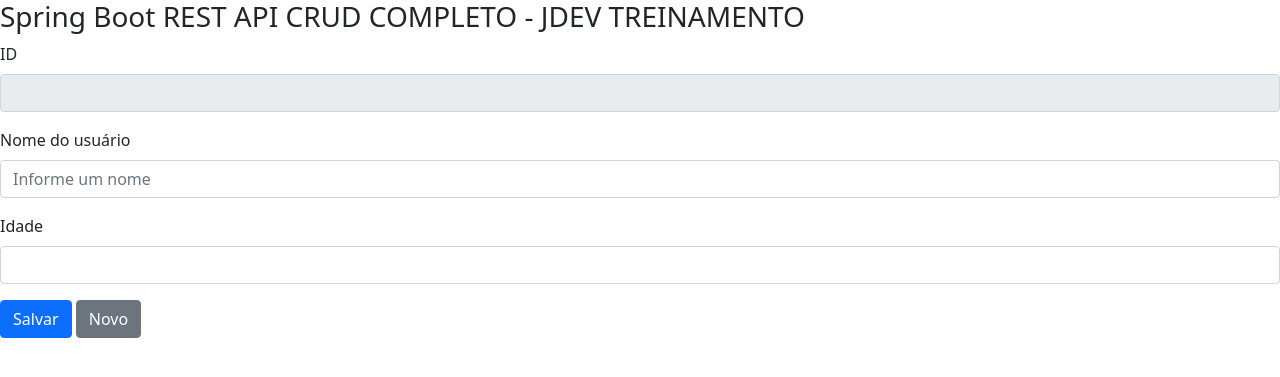
Repository: taian10/uploadCrudJava
Page: eclipse-workspace/springboot-rest-api-sample/src/main/resources/static/index.html
An editor plug-in stored every save of this project. The page is shown before and after the next save, followed by the edit.
The browser window is 1280 px wide. The pictures show the whole page.

Above is the page before, as saved 2022-01-08 20:33:59.

### eclipse-workspace/springboot-rest-api-sample/src/main/resources/static/index.html
<!DOCTYPE html>
<html lang="en">
<head>
<meta charset="ISO-8859-1">
<title>Insert title here</title>

<!-- Bootstrap CSS -->
    <link href="https://cdn.jsdelivr.net/npm/bootstrap@5.1.3/dist/css/bootstrap.min.css" rel="stylesheet" integrity="sha384-1BmE4kWBq78iYhFldvKuhfTAU6auU8tT94WrHftjDbrCEXSU1oBoqyl2QvZ6jIW3" crossorigin="anonymous">

</head>
<body>

<h3> Spring Boot REST API CRUD COMPLETO - JDEV TREINAMENTO</h3>

<form action="" id="formCadastroUser">


<div class="mb-3">
  <label for="id" class="form-label">ID</label>
  <input type="text" class="form-control" id="id" readonly="readonly">
</div>

<div class="mb-3">
  <label for="nome" class="form-label">Nome do usuário</label>
  <input type="text" class="form-control" id="nome" placeholder="Informe um nome" required="required">
</div>

<div class="mb-3">
  <label for="idade" class="form-label"">Idade</label>
  <input type="number" class="form-control" id="idade">
</div>


</form>

<button type="button" class="btn btn-primary" onclick= "salvarUsuario()">Salvar</button>
<button type="button" class="btn btn-secondary" onclick="document.getElementById('formCadastroUser').reset();">Novo</button>


<script src="https://code.jquery.com/jquery-3.6.0.min.js" integrity="sha256-/xUj+3OJU5yExlq6GSYGSHk7tPXikynS7ogEvDej/m4=" crossorigin="anonymous"></script>

<!-- Option 1: Bootstrap Bundle with Popper -->
    <script src="https://cdn.jsdelivr.net/npm/bootstrap@5.1.3/dist/js/bootstrap.bundle.min.js" integrity="sha384-ka7Sk0Gln4gmtz2MlQnikT1wXgYsOg+OMhuP+IlRH9sENBO0LRn5q+8nbTov4+1p" crossorigin="anonymous"></script>

<script type="text/javascript">
	function salvarUsuario(){

		var id = $("#id").val();
		var nome = $("#nome").val();
		var idade = $("#idade").val();

		$.ajax({
			method: "POST",
			url : "salvar",
			data : JSON.stringify({id : id, nome : nome, idade : idade}),
			contentType: "application/json; charset-utf-8",
			success: function (response) {

				$("#id").val(response.id);
				alert("Gravou com sucesso!!")
				}
			}).fail(function (xhr, status, errorThrown)  {
				alert("Erro ao salvar usuário: " + xhr.responseText);
			});

	}

</script>
</body>
</html>

After the next save:
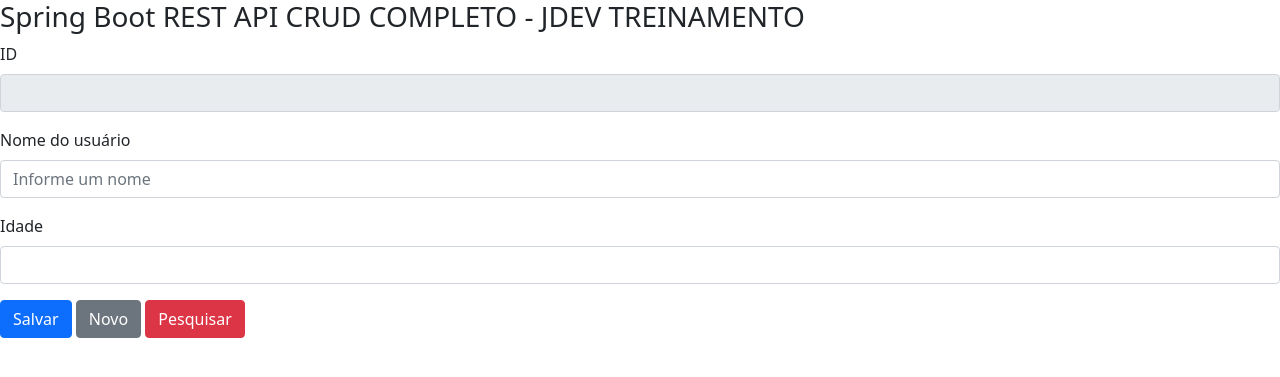
Saved 2 days later.
--- a/eclipse-workspace/springboot-rest-api-sample/src/main/resources/static/index.html
+++ b/eclipse-workspace/springboot-rest-api-sample/src/main/resources/static/index.html
@@ -35,6 +35,7 @@
 
 <button type="button" class="btn btn-primary" onclick= "salvarUsuario()">Salvar</button>
 <button type="button" class="btn btn-secondary" onclick="document.getElementById('formCadastroUser').reset();">Novo</button>
+<button type="button" class="btn btn-danger">Pesquisar</button>
 
 
 <script src="https://code.jquery.com/jquery-3.6.0.min.js" integrity="sha256-/xUj+3OJU5yExlq6GSYGSHk7tPXikynS7ogEvDej/m4=" crossorigin="anonymous"></script>
